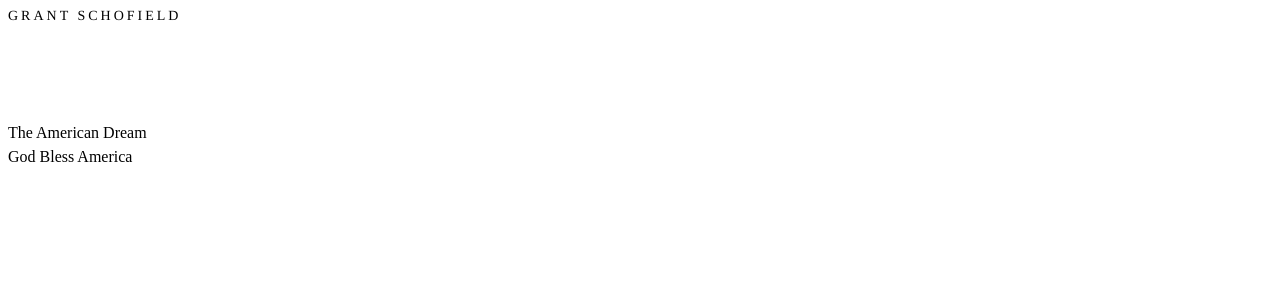
Repository: cgschofield/cgschofield.github.io
Page: index.html
The author's editor kept a record of every edit. The page is drawn from the files as they stood at one moment, then again after the next edit.
The browser window is 1280 px wide. The pictures show the whole page.

Above is the page before.

### index.html
<!DOCTYPE html>
<html>
	<head>
	<link href="styles.css" rel="stylesheet">
		<title>Grant Schofield: Creative Computing</title>
	</head>
	<body>
	<div class='name'>GRANT SCHOFIELD</div>
	<div class='theamericandream'>
		<a href="http://cgschofield.github.io/creativecomputing1.html">
			The American Dream
		</a>
		</div>
		<div class='godblessamerica'>
		<a href="http://cgschofield.github.io/creativecomputing4.html">
			God Bless America
		</a>
		</div>
</html>

### styles.css

.name {
    font-family:times, serif;
    font-size:14px;
    letter-spacing:3px;

}

.godblessamerica{
    margin-top: 6px;
}

.theamericandream {
    margin-top: 100px;
}


a {
    color:black;
    text-decoration:none;
}

.godblessamerica:hover {
font-size:18px;
transition: ease, 2s;

}

.theamericandream:hover {
font-size:18px;
transition: ease, 2s;
}

img {
  top:0px;
  right:0px;
  position: fixed;
  padding:1em;

}

After the next edit:
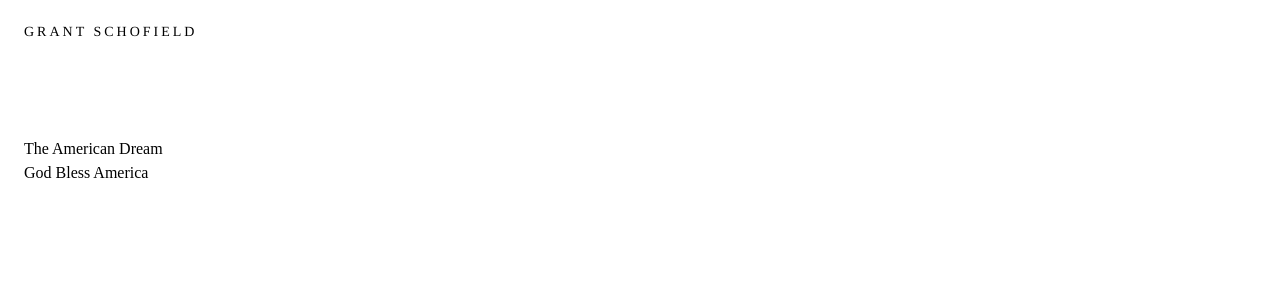
The edit:
--- a/styles.css
+++ b/styles.css
@@ -1,3 +1,7 @@
+
+html {
+    padding:1em;
+}
 
 .name {
     font-family:times, serif;
